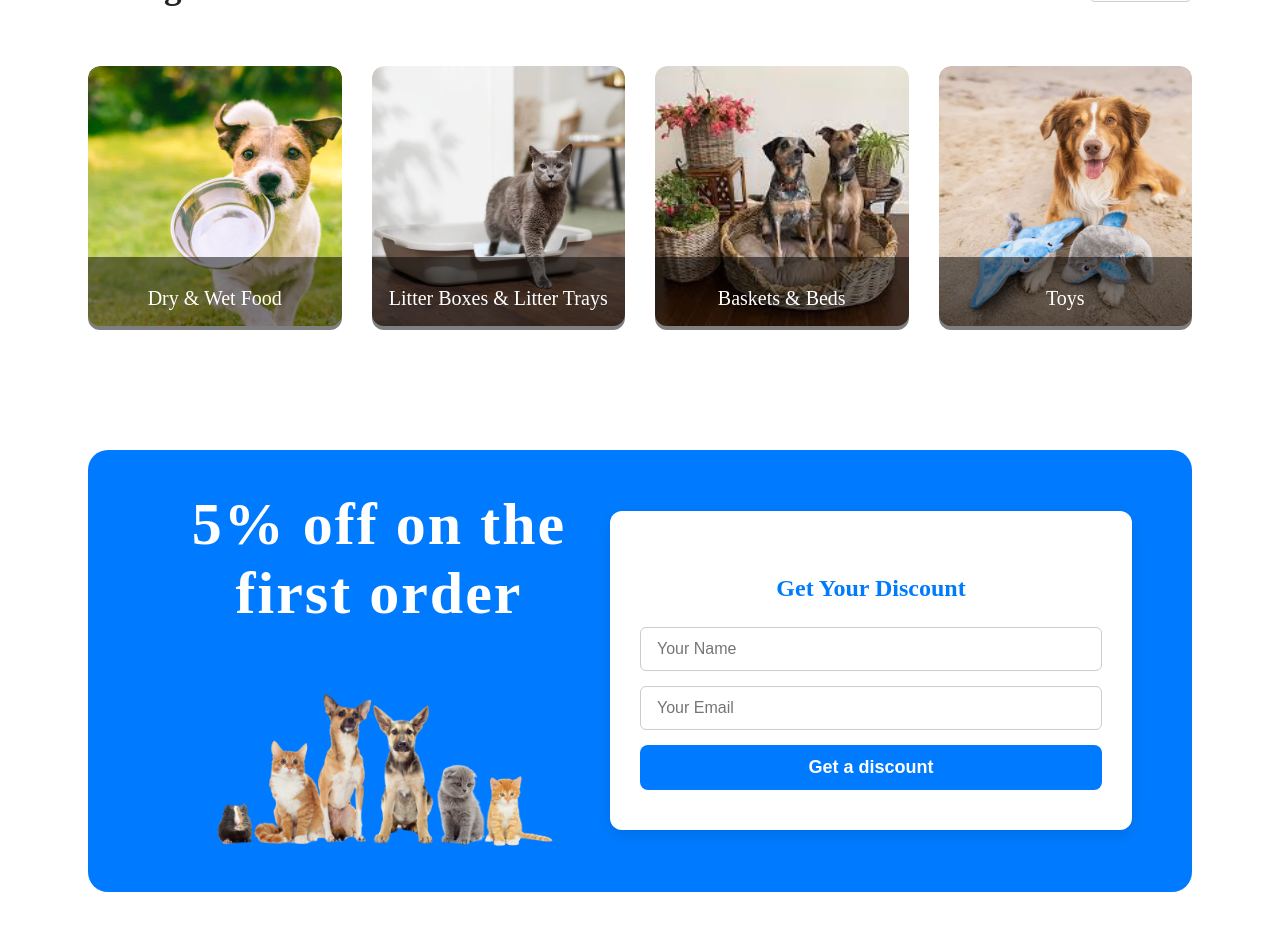
Repository: JuliiaJuliia/pet-shop-frontend
Page: / (app in pet-shop-frontend/)
An editor plug-in stored every save of this project. The page is shown before and after the next save, followed by the edit.
The browser window is 1280 px wide. The pictures show the part of the page from y = 717 to 1669 px (the page is 1669 px tall).
The project was rebuilt for these pictures with package versions that can differ from the ones it lists, and the page was loaded fresh each time. Also part of the build but not shown: pet-shop-frontend/vite.config.js, pet-shop-frontend/src/pages/CheckoutPage.jsx, pet-shop-frontend/src/api/axios.js, pet-shop-frontend/src/components/ProductList.jsx.

Above is the page before, as saved 2025-11-06 14:25:05.

After the next save:
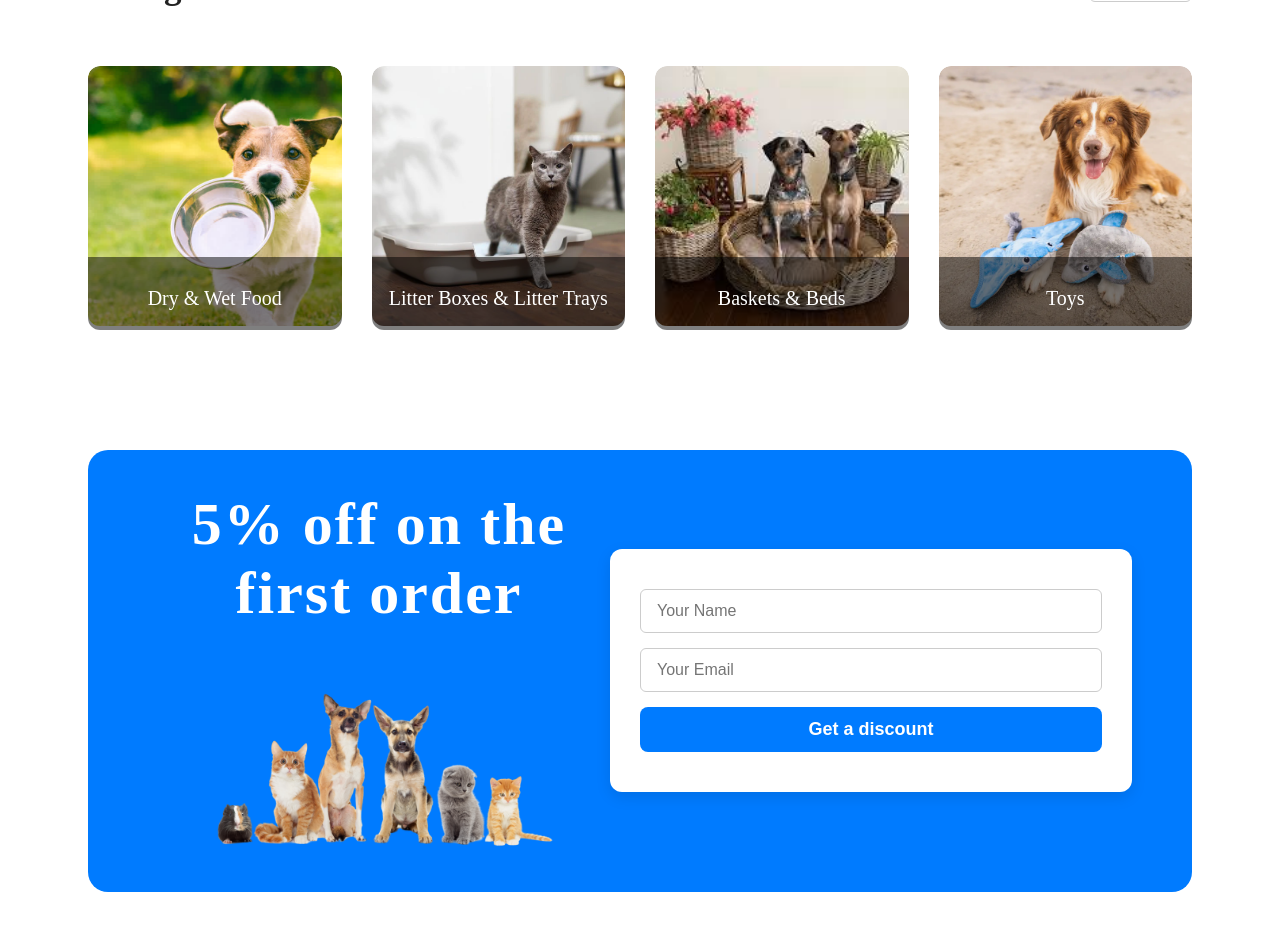
Saved 10 s later.
--- a/pet-shop-frontend/src/components/DiscountBanner.jsx
+++ b/pet-shop-frontend/src/components/DiscountBanner.jsx
@@ -11,7 +11,6 @@ const DiscountBanner = () => {
         </div>
 
         <div className="discount-banner__form">
-          <h3>Get Your Discount</h3>
           <form>
             <input type="text" placeholder="Your Name" required />
             <input type="email" placeholder="Your Email" required />
